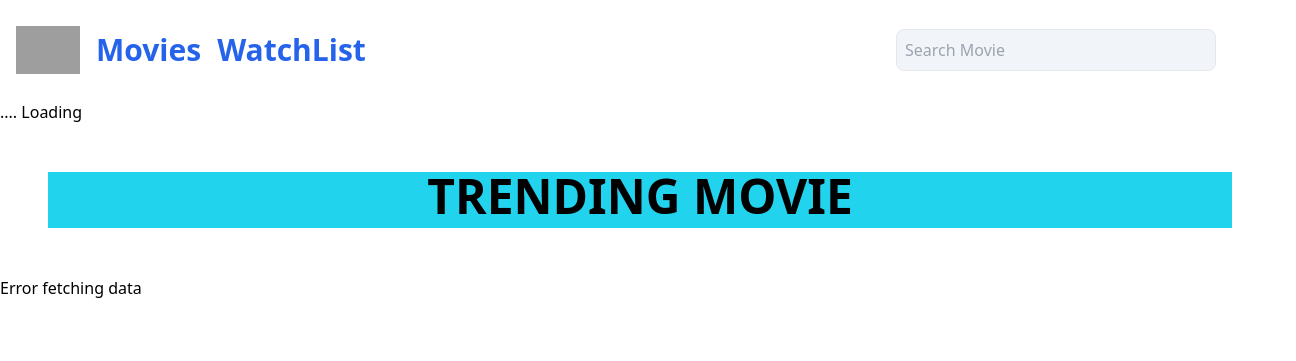
Repository: swapnil0663/MovieApp
Page: /
These files come from the project's save history. The page is drawn as it stood at one moment and after a run of saves; the edit follows.
The browser window is 1280 px wide. The page is 1296 px wide, so the pictures cover 1296 px, including what lies to the right of the window. The pictures show the whole page.
Pictures or frames that could not be fetched are drawn as grey boxes. The page's requests for data from a server got no answer. Some web fonts or font styles are not loaded; a fallback is used. The project was rebuilt for these pictures with package versions that can differ from the ones it lists, and the page was loaded fresh each time. No one was signed in, and anything a server would have sent is missing. Also part of the build but not shown: vite.config.js, src/Components/Paging.jsx, src/Components/MovieCard.jsx, src/Components/WatchList.jsx.

Above is the page before, as saved 2025-01-04 00:07:42.

### index.html
<!doctype html>
<html lang="en">
  <head>

    <meta charset="UTF-8" />
    <link rel="stylesheet" href="https://cdnjs.cloudflare.com/ajax/libs/font-awesome/6.7.0/css/all.min.css" integrity="sha512-9xKTRVabjVeZmc+GUW8GgSmcREDunMM+Dt/GrzchfN8tkwHizc5RP4Ok/MXFFy5rIjJjzhndFScTceq5e6GvVQ==" crossorigin="anonymous" referrerpolicy="no-referrer" />
    <link rel="icon" type="image/svg+xml" href="/vite.svg" />
    <meta name="viewport" content="width=device-width, initial-scale=1.0" />
    <title>Movies</title>
    <link rel="stylesheet" href="https://rsms.me/inter/inter.css">

  </head>
  <body>
    <div id="root"></div>
    <script type="module" src="/src/main.jsx"></script>
  </body>
</html>

### src/main.jsx
import { StrictMode } from "react";
import { createRoot } from "react-dom/client";
import { Provider } from "react-redux";
import "./index.css";
import App from "./App.jsx";
import store from "./redux/store";

createRoot(document.getElementById("root")).render(
  <StrictMode>
    <Provider store={store}>
      <App />
    </Provider>
  </StrictMode>
);

### src/index.css
@tailwind base;
@tailwind components;
@tailwind utilities;

/*
* {
    margin: 0;
    padding: 0;
    box-sizing: border-box;
}  */

### src/App.jsx
import { BrowserRouter, Routes, Route } from "react-router-dom";
import { useState, useEffect } from "react";
import "./App.css";
import Banner from "./Components/Banner";
import Movie from "./Components/Movie";
import Navbar from "./Components/Navbar";
import WatchList from "./Components/WatchList";
import TBan from "./Components/TBan";
import MovieContext from "./Context/MovieContext";

function App() {
  const [watchList, setWatchList] = useState(
    JSON.parse(localStorage.getItem("watchList")) || []
  );

  const addToWatchList = (movieToadd) => {
    const newWatchList = [...watchList, movieToadd];
    setWatchList(newWatchList);
  };

  const removeFromWatchList = (movieToRemove) => {
    const newWatchList = watchList.filter(
      (movieObj) => movieObj.id !== movieToRemove.id
    );
    setWatchList(newWatchList);
  };

  useEffect(() => {
    localStorage.setItem("watchList", JSON.stringify(watchList));
  }, [watchList]);

  return (
    <BrowserRouter>
      <Navbar />

      <MovieContext.Provider
        value={{ watchList, addToWatchList, removeFromWatchList, setWatchList }}
      >
        <Routes>
          <Route
            path="/"
            element={
              <>
                <Banner />
                <TBan />
                {/* <PagingContext.Provider
                  value={{ pageno, handleprev, handlenext }}
                > */}
                  <Movie
                  // watchList={watchList}
                  // addToWatchList={addToWatchList}
                  // removeFromWatchList={removeFromWatchList}
                  />
                {/* </PagingContext.Provider> */}
              </>
            }
          />
          <Route
            path="/watchList"
            element={
              <WatchList
              // movies = {watchList}
              // removeFromWatchList = {removeFromWatchList}
              // setWatchList={setWatchList}
              />
            }
          />
        </Routes>
      </MovieContext.Provider>
    </BrowserRouter>
  );
}

export default App;

// https://api.themoviedb.org/3/movie/popular?language=en-US&page=1
// API -> 14915bb7694a0701b51a3b7146b944e2

### src/redux/store.js
import { configureStore } from "@reduxjs/toolkit";
import PagingSlice from "./PagingSlice";
import movieSlice from "./Movies/movieSlice";

const store = configureStore({
    reducer: {
        pagingState : PagingSlice.reducer,
        movieState : movieSlice.reducer,
    }
})

export default store;

### src/Components/Banner.jsx
import axios from 'axios';
import { useEffect } from 'react';
import { useState } from 'react';
import { BASE_URL } from '../utils/BaseUrl';


export default function Banner(){
    const [trendingMovie,serTrendingMovie] = useState(null);

   useEffect (() => {
    axios.get('https://api.themoviedb.org/3/trending/movie/day?api_key=14915bb7694a0701b51a3b7146b944e2')
    .then(function(res){
        let randomMovies = res.data.results[Math.floor(Math.random()*20)];
        serTrendingMovie(randomMovies);
    })
   },[]);

    if(!trendingMovie) {
        return (<h1> .... Loading</h1>)
    }

    return (
        <div className="relative ">
            <img  className="h-[32rem] w-3/4 rounded-[2rem] flex items-self-center justify-self-center" alt="Image Not Found " src={BASE_URL + trendingMovie.backdrop_path} />
            <p className="bg-[#111827b3] w-full text-center absolute left-[50%] h-14 bottom-0 text-white text-5xl translate-x-[-50%]">{trendingMovie.title}</p>

        </div>
    )
}

### src/Components/Movie.jsx
import { BASE_URL } from "../utils/BaseUrl";
import { useEffect, useContext } from "react";
import Paging from "./Paging";
import MovieCard from "./MovieCard";
import MovieContext from "../Context/MovieContext";
import { useDispatch, useSelector } from "react-redux";
import movieThung from "../redux/Movies/movieThung";

export default function Movie() {
  const { watchList } = useContext(MovieContext);
  const { pageno } = useSelector((store) => store.pagingState);
  const { movies, isLoading, error } = useSelector((store) => store.movieState);
  const dispatch = useDispatch();

  useEffect(() => {
    dispatch(movieThung(pageno));
  // eslint-disable-next-line react-hooks/exhaustive-deps
  }, [pageno]);

  if (isLoading) {
    return (
      <h1
        style={{
          display: "flex",
          alignItems: "center",
          justifyContent: "center",
        }}
      >
        {" "}
        ... Loading{" "}
      </h1>
    );
  }
  if (error) {
    return <h1>Error fetching data</h1>;
  }

  return (
    <>
      <div className="flex flex-wrap justify-evenly">
        {movies.map((movie) => {
          return (
            <MovieCard
              key={movie.id}
              movie={movie}
              fav={watchList.some((movieObj) => movieObj.id === movie.id)}
              title={movie.title}
              poster={BASE_URL + movie.backdrop_path}
            />
          );
        })}
      </div>

      <Paging />
    </>
  );
}

### src/Components/Navbar.jsx
import { useEffect, useState } from "react";
import { Link } from "react-router-dom";

export default function Navbar() {
  const [search, setSearch] = useState("");

  useEffect(() => {

  },[search])
  return (
    <div className="flex items-center m-4 w-screen justify-between">
      <div className="flex items-center">
        <img
          className="h-12"
          src="https://www.freeiconspng.com/thumbs/movie-icon/movie-icon-24.png"
        />
        <Link className="m-4 text-blue-600 text-3xl font-bold" to="/">
          {" "}
          Movies{" "}
        </Link>
        <Link className="text-blue-600 text-3xl font-bold" to="/watchList">
          {" "}
          WatchList
        </Link>
      </div>
      <input
      value={search}
        className=" w-[20rem] bg-slate-100 border p-2 mx-20 rounded-lg"
        type="text"
        placeholder="Search Movie"
        onChange={(e) => {
            setSearch(e.target.value);
        }}
      />
    </div>
  );
}

### src/Components/TBan.jsx
export default function TBan(){
    return (
        <h1 className='m-12 bg-cyan-400 h-14 left-[50%] text-center tanslate-x-[-50%] font-bold text-5xl'> TRENDING MOVIE </h1>
    )
}

### src/Context/MovieContext.js
import { createContext }   from 'react';

const MovieContext = createContext();

export default MovieContext;

### src/redux/PagingSlice.js
import { createSlice } from "@reduxjs/toolkit";

const PagingSlice = createSlice({
    name : "PagingSlice",
    initialState : {
        pageno : 1,
    },
    reducers : {
        handleprev : (State) => {
            if(State.pageno > 1){
                State.pageno -= 1;
            }
        },
        handlenext : (state) => {
            state.pageno += 1;
        }
    }
})

export default PagingSlice;

### src/redux/Movies/movieSlice.js
import { createSlice } from "@reduxjs/toolkit";

    const movieSlice = createSlice({
        name : 'movieSlice',
        initialState : {
            movies : [],
            isLoading : true,
            error : false
        },
        reducers : {
            setMovies : (state, descObj) => {
                state.movies = descObj.payload;
                state.isLoading = false;
                state.error = false;
            },
            setLoading : (state) => {
                state.isLoading = true;
                state.error = false;
                state.movies = [];
            },
            setError : (state) => {
                state.error = true;
                state.isLoading = false;
                state.movies = [];
            }
        }
    })

    export default movieSlice;

### src/utils/BaseUrl.jsx

export const BASE_URL = 'https://image.tmdb.org/t/p/w500/';

export const ALL_GENERE = "All Genere"

export const GENRES_TO_MAPPING = {
    28: "Action",
    12: "Adventure",
    16: "Animation",
    35: "Comedy",
    80: "Crime",
    99: "Documentary",
    18: "Drama",
    10751: "Family",
    14: "Fantasy",
    36: "History",
    27: "Horror",
    10402: "Music",
    9648: "Mystery",
    10749: "Romance",
    878: "Science Fiction",
    10770: "TV Movie",
    53: "Thriller",
    10752: "War",
    37: "Western"
};

### src/redux/Movies/movieThung.js
import movieSlice from "./movieSlice";
import axios from "axios";
const action = movieSlice.actions;
export default function movieThung(pageno) {
  return async function (dispatch) {
    try {
      dispatch(action.setLoading());
      const res = await axios.get(
        `https://api.themoviedb.org/3/trending/movie/day?api_key=14915bb7694a0701b51a3b7146b944e2&page=${pageno}`
      );
      dispatch(action.setMovies(res.data.results));
    // eslint-disable-next-line no-unused-vars
    } catch (error) {
      dispatch(action.setError());
    }
  };
}

Loaded but not shown: src/App.css (common file); tailwind.config.js (common file)

After the next 7 saves:
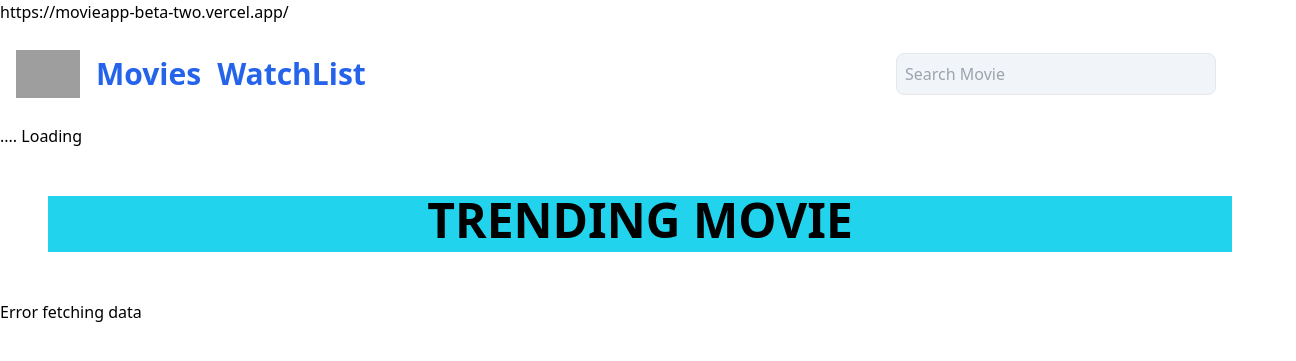
The 7 saves are shown as one change because they came seconds apart.
The last was saved 21 s later.
--- a/index.html
+++ b/index.html
@@ -11,7 +11,9 @@
 
   </head>
   <body>
+    https://movieapp-beta-two.vercel.app/
     <div id="root"></div>
     <script type="module" src="/src/main.jsx"></script>
   </body>
+
 </html>

After the save that followed:
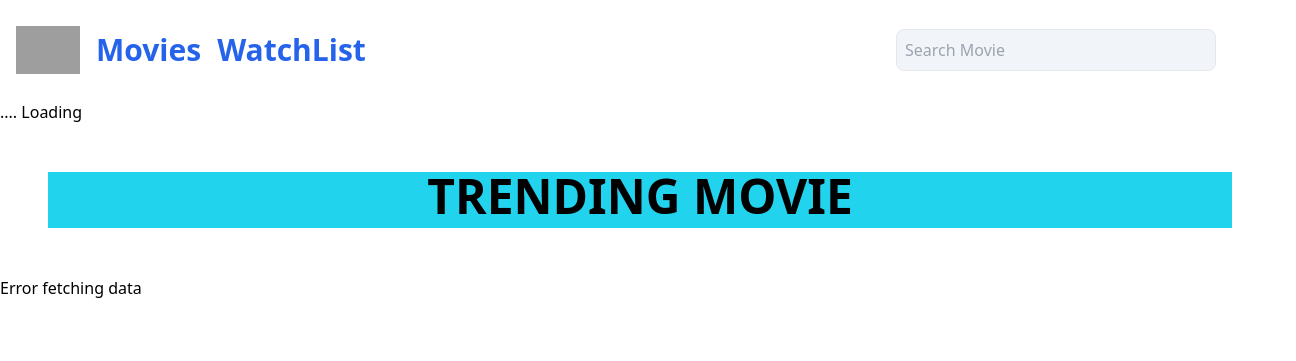
Saved 5 s later.
--- a/index.html
+++ b/index.html
@@ -11,7 +11,6 @@
 
   </head>
   <body>
-    https://movieapp-beta-two.vercel.app/
     <div id="root"></div>
     <script type="module" src="/src/main.jsx"></script>
   </body>
